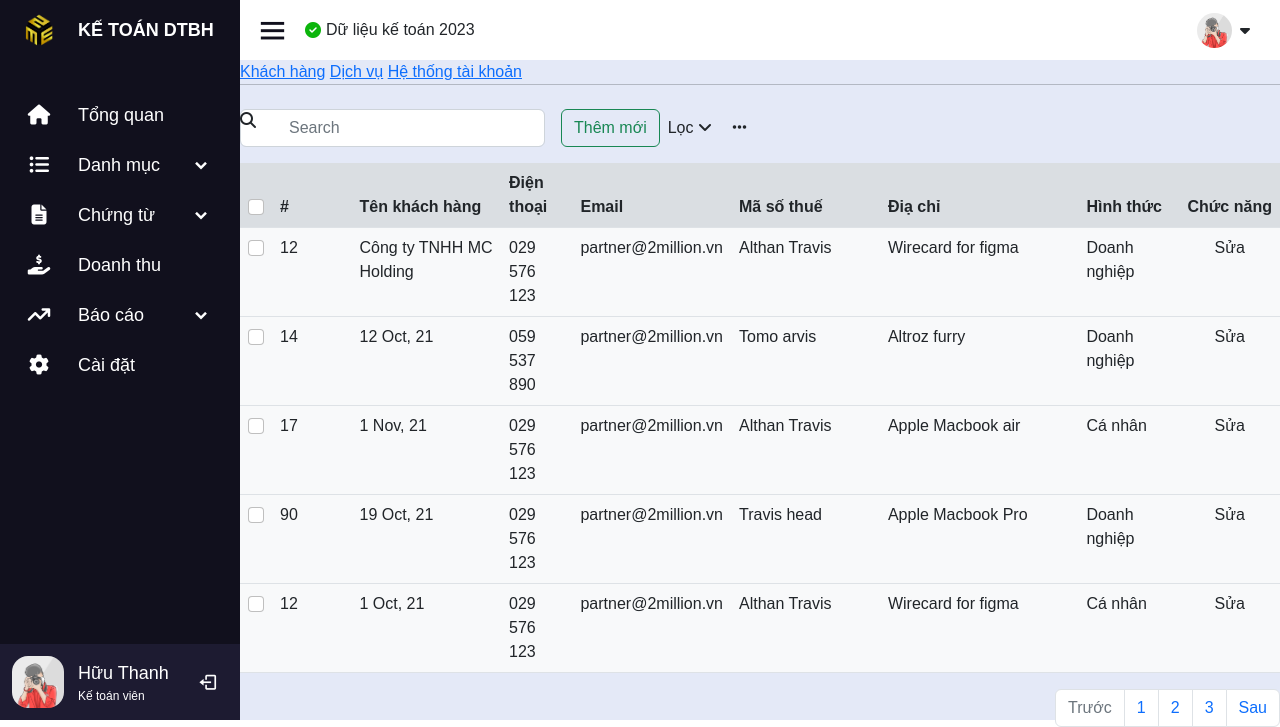
Repository: huuthanhdev/PhanMemKeToan
Page: pages/customer.html
An editor plug-in stored every save of this project. The page is shown before and after the next save, followed by the edit.
The browser window is 1280 px wide. The pictures show the whole page.
Some web fonts or font styles are not loaded; a fallback is used. Some web libraries are served in a nearby version.

Above is the page before, as saved 2023-03-24 16:57:04.

### pages/customer.html
<!DOCTYPE html>
  <!-- Coding by CodingLab | www.codinglabweb.com -->
<html lang="en">
<head>
    <meta charset="UTF-8">
    <meta http-equiv="X-UA-Compatible" content="IE=edge">
    <meta name="viewport" content="width=device-width, initial-scale=1.0">
    <link rel="icon" type="png" href="/assets/img/logo 2me.png"/>
    <title>2MILLION</title>
    <!----======== CSS ======== -->
    <link rel="stylesheet" href="/assets/css/style.css">
    <!----===== Boxicons CSS ===== -->
    <link href='https://unpkg.com/boxicons@2.1.1/css/boxicons.min.css' rel='stylesheet'>
    <link rel="stylesheet" href="https://cdnjs.cloudflare.com/ajax/libs/font-awesome/6.1.2/css/all.min.css" integrity="sha512-1sCRPdkRXhBV2PBLUdRb4tMg1w2YPf37qatUFeS7zlBy7jJI8Lf4VHwWfZZfpXtYSLy85pkm9GaYVYMfw5BC1A==" crossorigin="anonymous" referrerpolicy="no-referrer" />
    <!-- bootstrap 5 -->
    <link href="https://cdn.jsdelivr.net/npm/bootstrap@5.2.1/dist/css/bootstrap.min.css" rel="stylesheet"
    integrity="sha384-iYQeCzEYFbKjA/T2uDLTpkwGzCiq6soy8tYaI1GyVh/UjpbCx/TYkiZhlZB6+fzT" crossorigin="anonymous">

</head>
<body>
    <div class="sidebar">
        <div class="logo-details">
          <!-- <i class='bx bxl-c-plus-plus'></i> -->
          <img src="../assets/img/logo 2me.png" alt="" class="logo-img">
          <span class="logo_name">KẾ TOÁN DTBH</span>
        </div>
        <ul class="nav-links">
          <li class="nav-item">
            <a href="../pages/overview.html">
              <i class='fa-solid fa-house'></i>
              <span class="link_name">Tổng quan</span>
            </a>
            <ul class="sub-menu blank">
              <li><a class="link_name" href="../pages/overview.html">Tổng quan</a></li>
            </ul>
          </li>
          <li class="nav-item active">
            <div class="icon-link">
              <a href="../pages/customer.html">
                <i class='fa-solid fa-list-ul' ></i>
                <span class="link_name">Danh mục</span>
              </a>
              <i class='bx bxs-chevron-down arrow' ></i>
            </div>
            <ul class="sub-menu">
              <li><a class="link_name" href="#">Danh mục</a></li>
              <li><a href="../pages/customer.html">Khách hàng</a></li>
              <li><a href="../pages/service.html">Dịch vụ</a></li>
              <li><a href="../pages/account.html">Tài khoản</a></li>
            </ul>
          </li>

          <li class="nav-item">
            <div class="icon-link">
              <a href="#">
                <i class='fa-solid fa-file-lines' ></i>
                <span class="link_name">Chứng từ</span>
              </a>
              <i class='bx bxs-chevron-down arrow' ></i>
            </div>
            <ul class="sub-menu">
              <li><a class="link_name" href="#">Chứng từ</a></li>
              <li><a href="#">Hóa đơn GTGT</a></li>
              <li><a href="#">Phiếu giảm giá HB</a></li>
            </ul>
          </li>

          <li class="nav-item">
            <a href="#">
              <i class='fa-solid fa-hand-holding-dollar' ></i>
              <span class="link_name">Doanh thu</span>
            </a>
            <ul class="sub-menu blank">
              <li><a class="link_name" href="#">Doanh thu</a></li>
            </ul>
          </li>

          <li class="nav-item">
            <div class="icon-link">
              <a href="#">
                <i class='fa-solid fa-arrow-trend-up' ></i>
                <span class="link_name">Báo cáo</span>
              </a>
              <i class='bx bxs-chevron-down arrow' ></i>
            </div>
            <ul class="sub-menu">
              <li><a class="link_name" href="#">Báo cáo</a></li>
              <li><a href="#">Doanh thu theo KH</a></li>
              <li><a href="#">Doanh thu theo DV</a></li>
              <li><a href="#">Tổng hợp Doanh thu</a></li>
              <li><a href="#">Giảm trừ Doanh thu</a></li>
            </ul>
          </li>

          <li class="nav-item">
            <a href="#">
              <i class='fa-solid fa-gear' ></i>
              <span class="link_name">Cài đặt</span>
            </a>
            <ul class="sub-menu blank">
              <li><a class="link_name" href="#">Cài đặt</a></li>
            </ul>
          </li>
          <li>
        <div class="profile-details">
          <div class="profile-content">
            <img src="../assets/img/client2.png" alt="profileImg">
          </div>
          <div class="name-job">
            <div class="profile_name">Hữu Thanh</div>
            <div class="job">Kế toán viên</div>
          </div>
          <i class='bx bx-log-out' ></i>
        </div>
      </li>
    </ul>
      </div>
    <section class="home-section">
      <div class="home-nav">
          <i class='bx bx-menu' ></i>
          <div class="home-text">
              <i class="fa-solid fa-circle-check home-icon"></i>
              <span>Dữ liệu kế toán 2023</span>
          </div>

          <div class="home-info">
              <img src="../assets/img/client2.png" alt="avatar" class="home-avatar">
              <i class="fa-solid fa-caret-down"class="home-icon"></i>
          </div>
      </div>
      <!-- content -->
      <div class="home-content">
        <div class="home-tab">
          <a class="tab-item active" href="/pages/customer.html">Khách hàng</a>
          <a class="tab-item" href="/pages/service.html">Dịch vụ</a>
          <a class="tab-item" href="/pages/account.html">Hệ thống tài khoản</a>
        </div>
        <hr class="mt-0 mb-4">
        <!-- table -->
        <div class="container-fluid mt-0 px-0">
          <div class="mb-3 d-flex justify-content-start align-items-center">
              <div class="position-relative">
                  <span class="position-absolute search"><i class="fa fa-search"></i></span>
                  <input class="form-control w-100 px-5 m-0" placeholder="Search">
              </div>
              <button type="button" class="btn btn-outline-success ms-3">Thêm mới</button>
              <div class="filter px-2">
                  <span>Lọc <i class="fa fa-angle-down"></i></span>
                  <i class="fa fa-ellipsis-h ms-3"></i>
              </div>
          </div>
          <div class="table-responsive">
          <table class="table table-responsive table-hover bg-light">
            <thead>
              <tr style="background-color: #dadee2">
                <th scope="col" width="2%"><input class="form-check-input" type="checkbox"></th>
                <th scope="col" width="8%">#</th>
                <th scope="col" width="15%">Tên khách hàng</th>
                <th scope="col" width="7%">Điện thoại</th>
                <th scope="col" width="13%">Email</th>
                <th scope="col" width="15%">Mã số thuế</th>
                <th scope="col" width="20%">Điạ chỉ</th>
                <th scope="col" width="10%">Hình thức</th>
                <th scope="col" width="10%" class="text-center">Chức năng</th>
              </tr>
            </thead>
            <tbody>
              <tr>
                <th scope="row"><input class="form-check-input" type="checkbox"></th>
                <td>12</td>
                <td>Công ty TNHH MC Holding</td>
                <td>029 576 123</td>
                <td>partner@2million.vn</td>
                <td>Althan Travis</td>
                <td>Wirecard for figma</td>
                <td>Doanh nghiệp</td>
                <td class="text-center">Sửa</td>
              </tr>

              <tr>
                <th scope="row"><input class="form-check-input" type="checkbox"></th>
                <td>14</td>
                <td>12 Oct, 21</td>
                <td>059 537 890</td>
                <td>partner@2million.vn</td>
                <td>Tomo arvis</td>
                <td>Altroz furry</td>
                <td>Doanh nghiệp</td>
                <td class="text-center">Sửa</td>
              </tr>

              <tr>
                <th scope="row"><input class="form-check-input" type="checkbox"></th>
                <td>17</td>
                <td>1 Nov, 21</td>
                <td>029 576 123</td>
                <td>partner@2million.vn</td>
                <td>Althan Travis</td>
                <td>Apple Macbook air</td>
                <td>Cá nhân</td>
                <td class="text-center">Sửa</td>
              </tr>

              <tr>
                <th scope="row"><input class="form-check-input" type="checkbox"></th>
                <td>90</td>
                <td>19 Oct, 21</td>
                <td>029 576 123</td>
                <td>partner@2million.vn</td>
                <td>Travis head</td>
                <td>Apple Macbook Pro</td>
                <td>Doanh nghiệp</td>
                <td class="text-center">Sửa</td>
              </tr>

              <tr>
                <th scope="row"><input class="form-check-input" type="checkbox"></th>
                <td>12</td>
                <td>1 Oct, 21</td>
                <td>029 576 123</td>
                <td>partner@2million.vn</td>
                <td>Althan Travis</td>
                <td>Wirecard for figma</td>
                <td>Cá nhân</td>
                <td class="text-center">Sửa</td>
              </tr>
            </tbody>
          </table>
          </div>
        </div>
        <!-- //table -->
        <!-- pagination -->
        <nav aria-label="Page navigation example">
          <ul class="pagination justify-content-end">
            <li class="page-item disabled">
              <a class="page-link" href="#" tabindex="-1" aria-disabled="true">Trước</a>
            </li>
            <li class="page-item"><a class="page-link" href="#">1</a></li>
            <li class="page-item"><a class="page-link" href="#">2</a></li>
            <li class="page-item"><a class="page-link" href="#">3</a></li>
            <li class="page-item">
              <a class="page-link" href="#">Sau</a>
            </li>
          </ul>
        </nav>
        <!-- //pagination -->

      </div>
    </section>

    <script src="/app.js"></script>

</body>
</html>

### assets/css/style.css
/* Google Fonts Import Link */
@import url("https://fonts.googleapis.com/css2?family=Quicksand:wght@300;400;500;600&display=swap");
* {
  margin: 0;
  padding: 0;
  box-sizing: border-box;
  font-family: "Quicksand", sans-serif;
}
.sidebar{
  position: fixed;
  top: 0;
  left: 0;
  height: 100%;
  width: 240px;
  background: #11101d;
  z-index: 100;
  transition: all 0.5s ease;
}
.sidebar.close{
  width: 78px;
}
.sidebar .logo-details{
  height: 60px;
  width: 100%;
  display: flex;
  align-items: center;
}
.sidebar .logo-details i{
  font-size: 30px;
  color: #fff;
  height: 50px;
  min-width: 78px;
  text-align: center;
  line-height: 50px;
}
/*add logo  */
.sidebar .logo-details img{
  height: 40px;
  min-width: 78px;
  object-fit: contain;
  border-radius: 16px;
  transition: all 0.5s ease;
}

.sidebar .logo-details .logo_name{
  font-size: 18px;
  color: #fff;
  font-weight: 600;
  transition: 0.3s ease;
  transition-delay: 0.1s;
  position: relative;
}
.sidebar.close .logo-details .logo_name{
  transition-delay: 0s;
  opacity: 0;
  pointer-events: none;
}
.sidebar .nav-links{
  height: 100%;
  padding: 30px 0 150px 0;
  overflow: auto;
}
.sidebar.close .nav-links{
  overflow: visible;
}
.sidebar .nav-links::-webkit-scrollbar{
  display: none;
}
.sidebar .nav-links li{
  position: relative;
  list-style: none;
  transition: all 0.4s ease;
}
.sidebar .nav-links li:hover{
  background: #1d1b31;
}
.sidebar .nav-links li .icon-link{
  display: flex;
  align-items: center;
  justify-content: space-between;
}
.sidebar.close .nav-links li .icon-link{
  display: block
}
.sidebar .nav-links li i{
  height: 50px;
  min-width: 78px;
  text-align: center;
  line-height: 50px;
  color: #fff;
  font-size: 20px;
  cursor: pointer;
  transition: all 0.3s ease;
}
.sidebar .nav-links li.showMenu i.arrow{
  transform: rotate(-180deg);
}
.sidebar.close .nav-links i.arrow{
  display: none;
}
.sidebar .nav-links li a{
  display: flex;
  align-items: center;
  text-decoration: none;
}
.sidebar .nav-links li a .link_name{
  font-size: 18px;
  font-weight: 400;
  color: #fff;
  transition: all 0.4s ease;
}
.sidebar.close .nav-links li a .link_name{
  opacity: 0;
  pointer-events: none;
}
.sidebar .nav-links li .sub-menu{
  padding: 6px 6px 14px 80px;
  margin-top: -10px;
  background: #1d1b31;
  display: none;
}
.sidebar .nav-links li.showMenu .sub-menu{
  display: block;
}
.sidebar .nav-links li .sub-menu a{
  color: #fff;
  font-size: 15px;
  padding: 5px 0;
  white-space: nowrap;
  opacity: 0.6;
  transition: all 0.3s ease;
}
.sidebar .nav-links li .sub-menu a:hover{
  opacity: 1;
}
.sidebar.close .nav-links li .sub-menu{
  position: absolute;
  left: 100%;
  top: -10px;
  margin-top: 0;
  padding: 10px 20px;
  border-radius: 0 6px 6px 0;
  opacity: 0;
  display: block;
  pointer-events: none;
  transition: 0s;
}
.sidebar.close .nav-links li:hover .sub-menu{
  top: 0;
  opacity: 1;
  pointer-events: auto;
  transition: all 0.4s ease;
}
.sidebar .nav-links li .sub-menu .link_name{
  display: none;
}
.sidebar.close .nav-links li .sub-menu .link_name{
  font-size: 18px;
  opacity: 1;
  display: block;
}
.sidebar .nav-links li .sub-menu.blank{
  opacity: 1;
  pointer-events: auto;
  padding: 3px 20px 6px 16px;
  opacity: 0;
  pointer-events: none;
}
.sidebar .nav-links li:hover .sub-menu.blank{
  top: 50%;
  transform: translateY(-50%);
}
.sidebar .profile-details{
  position: fixed;
  bottom: 0;
  width: 240px;
  display: flex;
  align-items: center;
  justify-content: space-between;
  background: #1d1b31;
  padding: 12px 0;
  transition: all 0.5s ease;
}
.sidebar.close .profile-details{
  background: none;
}
.sidebar.close .profile-details{
  width: 78px;
}
.sidebar .profile-details .profile-content{
  display: flex;
  align-items: center;
  cursor: pointer;
}
.sidebar .profile-details img{
  height: 52px;
  width: 52px;
  object-fit: cover;
  border-radius: 16px;
  margin: 0 14px 0 12px;
  background: #1d1b31;
  transition: all 0.5s ease;
}
.sidebar.close .profile-details img{
  padding: 10px;
}
.sidebar .profile-details .profile_name,
.sidebar .profile-details .job{
  color: #fff;
  font-size: 18px;
  font-weight: 500;
  white-space: nowrap;
}
/* thêm nowrap */
.sidebar .nav-links .link_name,
.sidebar .logo-details .logo_name{
  white-space: nowrap;
}
/*  */
.sidebar.close .profile-details i,
.sidebar.close .profile-details .profile_name,
.sidebar.close .profile-details .job{
  display: none;
}
.sidebar .profile-details .job{
  font-size: 12px;
}
.home-section{
  position: relative;
  background: #E4E9F7;
  height: 100vh;
  left: 240px;
  width: calc(100% - 240px);
  transition: all 0.5s ease;
}
.sidebar.close ~ .home-section{
  left: 78px;
  width: calc(100% - 78px);
}
.home-section .home-nav{
  height: 60px;
  display: flex;
  align-items: center;
}
.home-section .home-nav .bx-menu,
.home-section .home-nav .text{
  color: #11101d;
  font-size: 35px;
}
.home-section .home-nav .bx-menu{
  margin: 0 15px;
  cursor: pointer;
}
.home-section .home-nav .text{
  font-size: 26px;
  font-weight: 600;
}
@media (max-width: 400px) {
  .sidebar.close .nav-links li .sub-menu{
    display: none;
  }
  .sidebar{
    width: 78px;
  }
  .sidebar.close{
    width: 0;
  }
  .home-section{
    left: 78px;
    width: calc(100% - 78px);
    z-index: 100;
  }
  .sidebar.close ~ .home-section{
    width: 100%;
    left: 0;
  }
}
/* nav fixed */
.home {
  position: fixed;
}
.home-nav {
  display: flex;
  justify-content: flex-start;
  margin-top: auto;
  width: 100%;
  height: 60px;
  background-color: white;
}
.home-info, .home-text {
  display: flex;
  align-items: center;
  justify-content: space-between;
}
.home-icon {
  color: #11101d;
}
.home-text .home-icon {
  color: rgb(12, 181, 12);
  padding-right: 5px;
}
.home-avatar {
  width: 35px;
  height: 35px;
  border-radius: 50%;
  object-fit: cover;
  margin-right: 8px;
}
.home-info{
  margin-left: auto;
  padding-right: 30px;
  cursor: pointer;
}

### app.js
let arrow = document.querySelectorAll(".arrow");
  for (var i = 0; i < arrow.length; i++) {
    arrow[i].addEventListener("click", (e)=>{
   let arrowParent = e.target.parentElement.parentElement;//selecting main parent of arrow
   arrowParent.classList.toggle("showMenu");
    });
  }
  let sidebar = document.querySelector(".sidebar");
  let sidebarBtn = document.querySelector(".bx-menu");
  console.log(sidebarBtn);
  sidebarBtn.addEventListener("click", ()=>{
    sidebar.classList.toggle("close");
  });

After the next save:
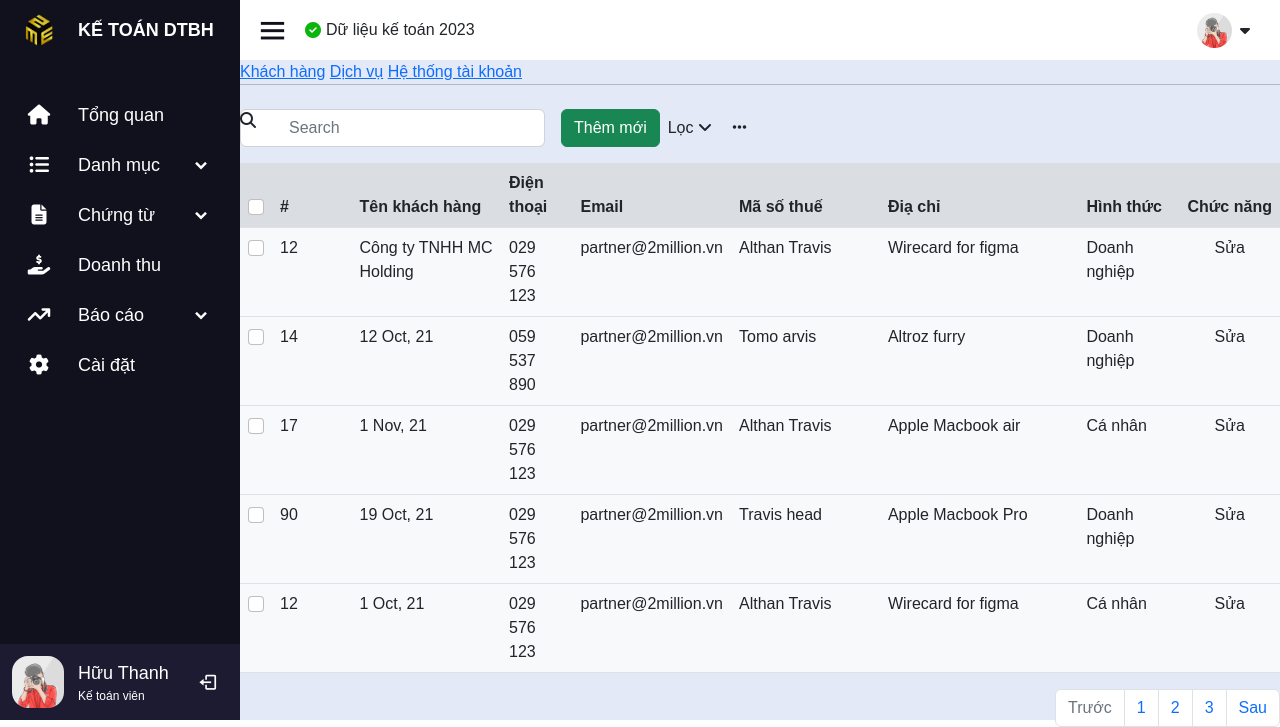
Saved 19 s later.
--- a/pages/customer.html
+++ b/pages/customer.html
@@ -143,7 +143,7 @@
                   <span class="position-absolute search"><i class="fa fa-search"></i></span>
                   <input class="form-control w-100 px-5 m-0" placeholder="Search">
               </div>
-              <button type="button" class="btn btn-outline-success ms-3">Thêm mới</button>
+              <button type="button" class="btn btn-success ms-3">Thêm mới</button>
               <div class="filter px-2">
                   <span>Lọc <i class="fa fa-angle-down"></i></span>
                   <i class="fa fa-ellipsis-h ms-3"></i>
